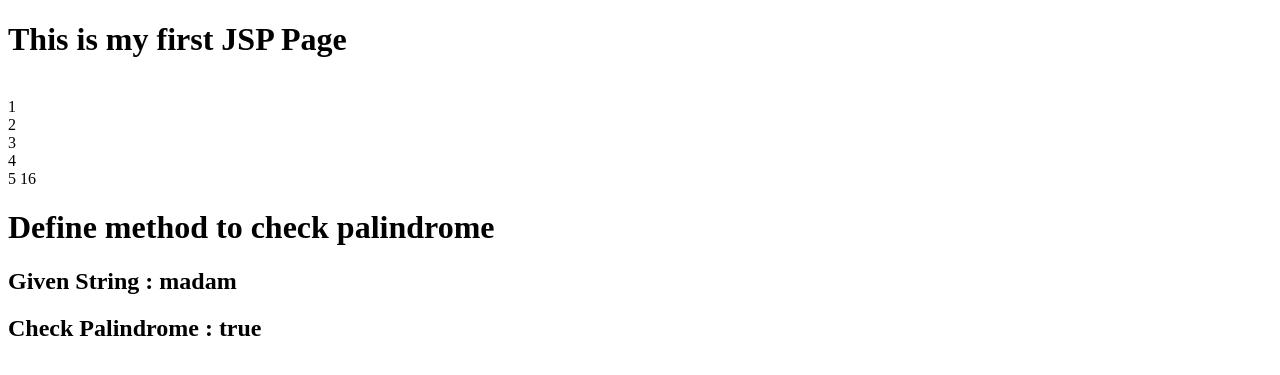
Repository: roshanpatil37407/Full_Stack_Java
Page: http://localhost/jsp/
An editor plug-in stored every save of this project. The page is shown before and after the next save, followed by the edit.
The browser window is 1280 px wide. The pictures show the whole page.
The page is served by Tomcat 9.

Above is the page before, as saved 2025-10-01 06:47:00.

### jsp/src/main/webapp/index.jsp
<%@ page language="java" contentType="text/html; charset=ISO-8859-1" pageEncoding="ISO-8859-1"%>
<!DOCTYPE html>
<html>
<head>
    <meta charset="ISO-8859-1">
    <title>My First JSP Page</title>
</head>
<body>

<h1>This is my first JSP Page</h1>

<%-- Scriptlet tag --%>
<%
    int i = 1;
    while (i <= 5) {
        out.print("<br>" + i);
        i++;
    }
%>

<%-- Declaration tag --%>
<%!
    int n = 5;
    public int sq(int n) {
        return n * n;
    }
%>

<%= sq(4) %>

<%
    String str = "madam";
%>

<h1>Define method to check palindrome</h1>

<%!
    public boolean isPalindrome(String str) {
        StringBuilder rev = new StringBuilder();
        for (int i = str.length() - 1; i >= 0; i--) {
            rev.append(str.charAt(i));
        }
        return str.equals(rev.toString());
    }
%>

<h2>Given String : <%= str %></h2>
<h2>Check Palindrome : <%= isPalindrome(str) %></h2>

</body>
</html>

After the next save:
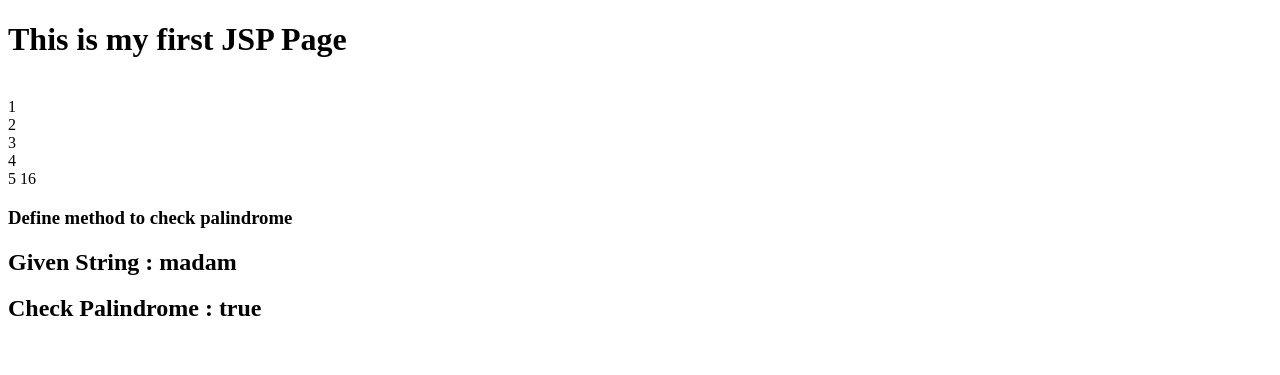
Saved 28 s later.
--- a/jsp/src/main/webapp/index.jsp
+++ b/jsp/src/main/webapp/index.jsp
@@ -32,7 +32,7 @@
     String str = "madam";
 %>
 
-<h1>Define method to check palindrome</h1>
+<h3>Define method to check palindrome</h3>
 
 <%!
     public boolean isPalindrome(String str) {
